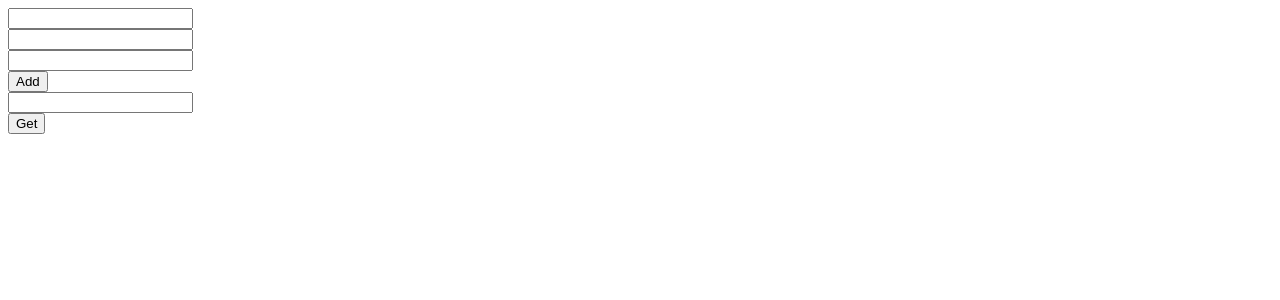
Repository: sagaryadav012/SpringBootExamples
Page: http://localhost/WebCrudDemo/home.jsp
The author's editor kept a copy of each file at every save. The page is drawn from the files as they stood at one save, then again after the next save.
The browser window is 1280 px wide. The pictures show the whole page.
The page is served by Tomcat 9.

Above is the page before, as saved 2023-02-22 07:21:24.

After the next save:
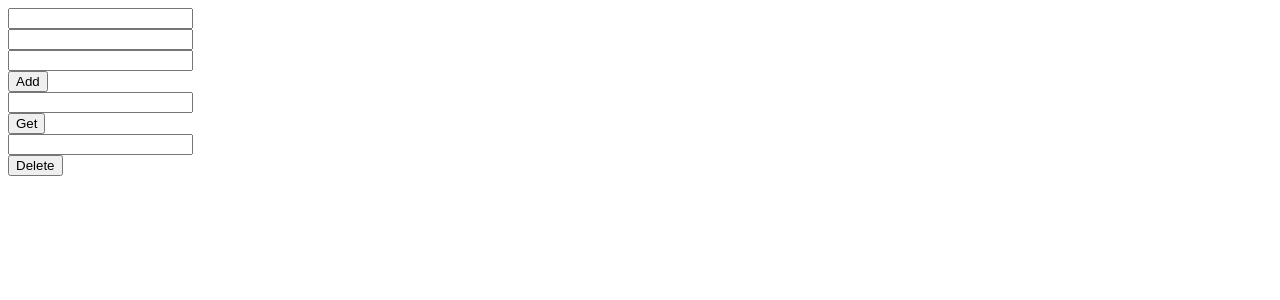
Saved 71 s later.
--- a/WebCrudDemo/src/main/webapp/home.jsp
+++ b/WebCrudDemo/src/main/webapp/home.jsp
@@ -11,8 +11,13 @@
 	</form>
 
 	<form action="getStudent">
+		<input type="text" name="id" ><br>
+		<input type="submit" value="Get"><br>
+	</form>
+
+	<form action="deleteStudent">
 		<input type="text" name="id"><br>
-		<input type="submit" value="Get"><br>
+		<input type="submit" value="Delete"><br>
 	</form>
 </body>
 </html>
